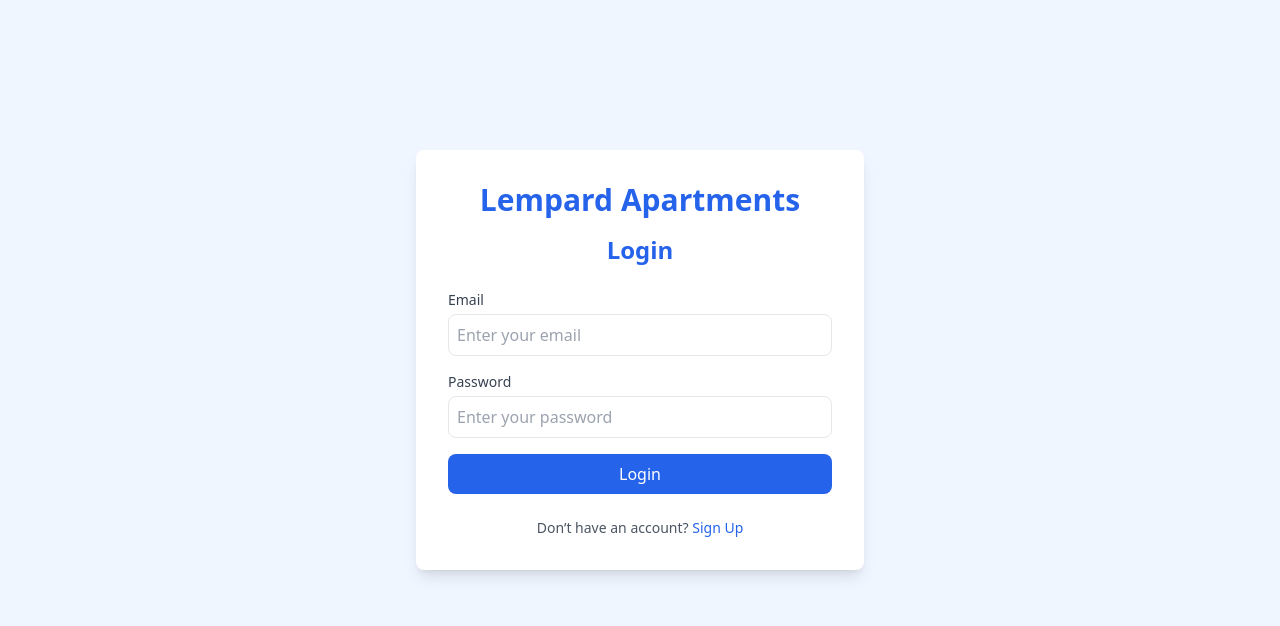
Repository: makanda596/system
Page: /login (app in client/)
An editor plug-in stored every save of this project. The page is shown before and after the next save, followed by the edit.
The browser window is 1280 px wide. The pictures show the whole page.
The project was rebuilt for these pictures with package versions that can differ from the ones it lists, and the page was loaded fresh each time. Also part of the build but not shown: client/src/Home.jsx, client/src/SignUpForm.jsx. Imported but missing from the stored project, and not drawn on this page: client/src/reportWebVitals.

Above is the page before, as saved 2024-12-03 07:54:21.

After the next save:
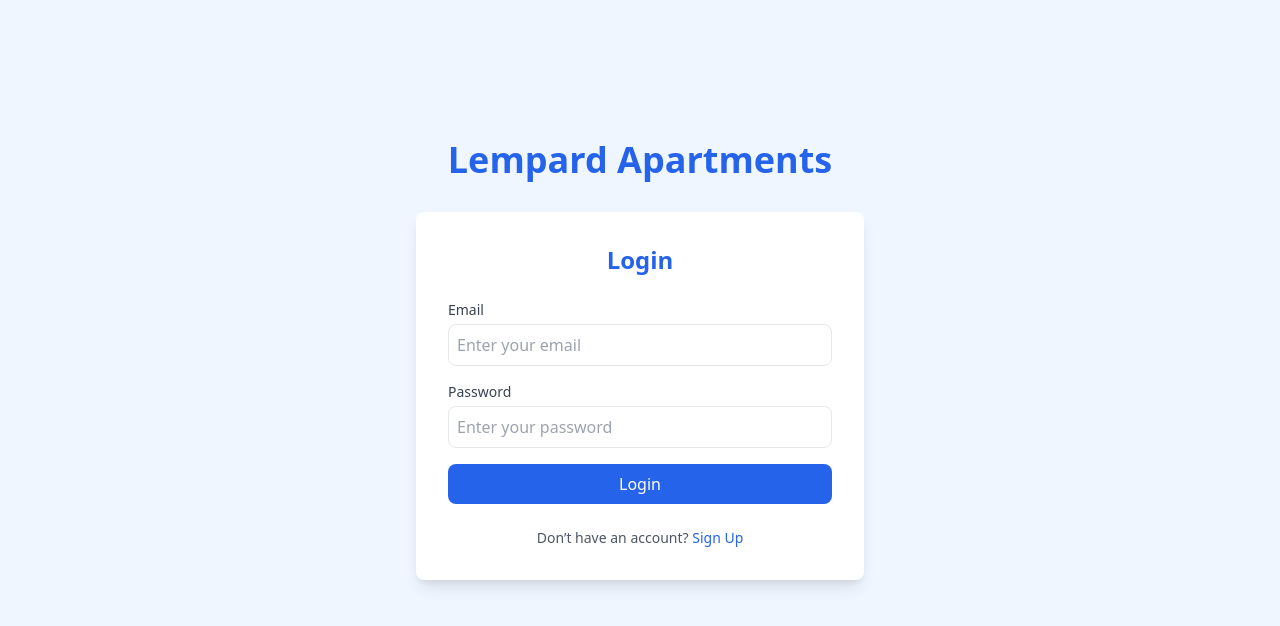
Saved 2 min 46 s later.
--- a/client/src/LoginForm.jsx
+++ b/client/src/LoginForm.jsx
@@ -32,12 +32,12 @@ function LoginForm() {
     };
 
     return (
-        <div className="min-h-screen bg-blue-50 flex items-center justify-center">
+        <div className="min-h-screen bg-blue-50 flex flex-col items-center justify-center">
+            {/* Apartment Name */}
+            <h1 className="text-4xl font-extrabold text-blue-600 mb-8">Lempard Apartments</h1>
+
+            {/* Login Form Container */}
             <div className="bg-white p-8 rounded-lg shadow-lg w-full max-w-md">
-                {/* Apartment Name */}
-                <h1 className="text-3xl font-bold text-blue-600 text-center mb-4">Lempard Apartments</h1>
-
-                {/* Login Form */}
                 <h2 className="text-2xl font-bold text-blue-600 text-center mb-6">Login</h2>
                 <form onSubmit={handleSubmit} className="space-y-4">
                     <div>
